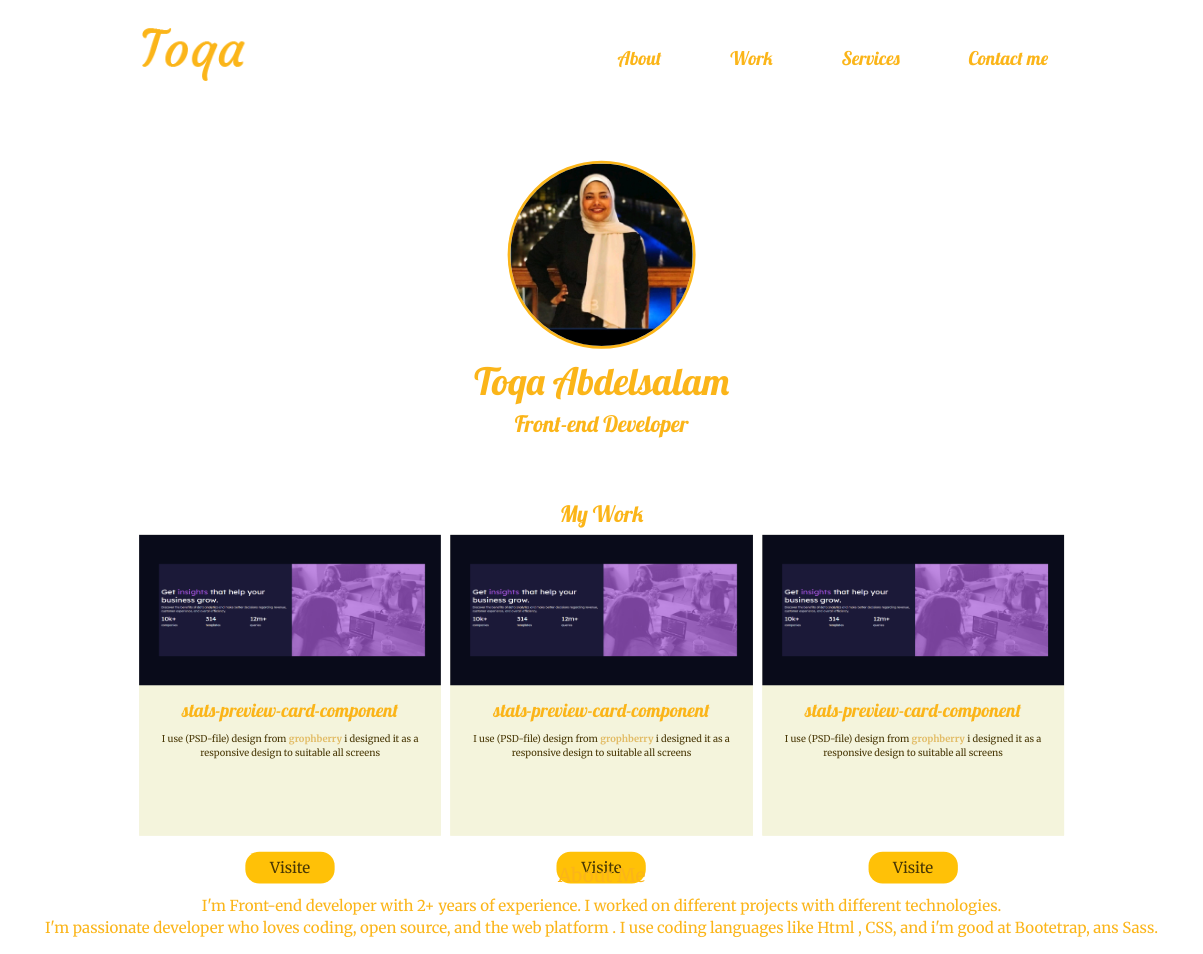
Repository: Toqa-25/portfolio
Page: index.html
These files come from the project's save history. The page is drawn as it stood at one moment and after a run of saves; the edit follows.
The browser window is 1280 px wide. The pictures show the whole page, at 94% of full size.
Some web fonts or font styles are not loaded; a fallback is used.

Above is the page before, as saved 2021-10-31 23:57:03.

After the next 2 saves:
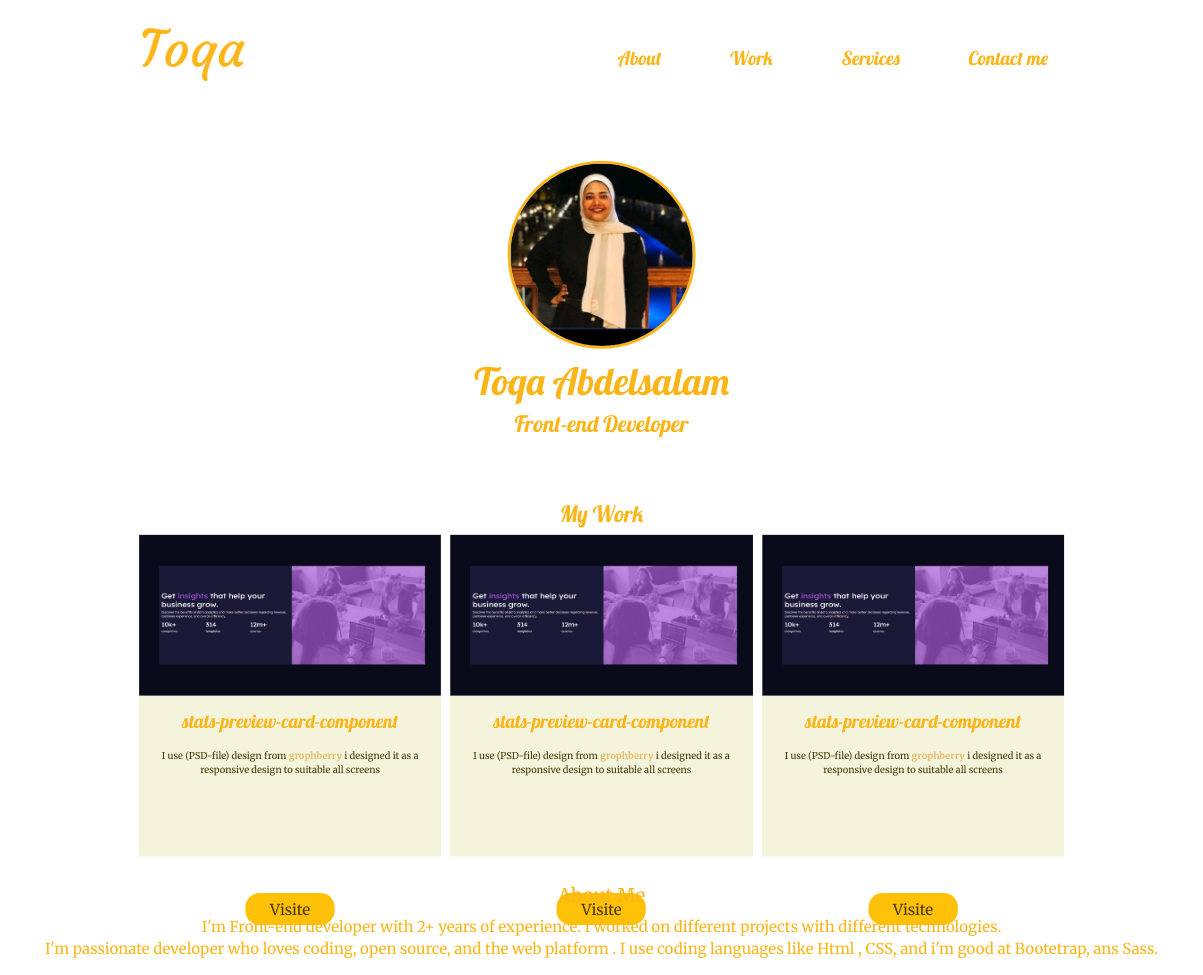
The 2 saves are shown as one change because they came seconds apart.
The last was saved 15 s later.
--- a/css/style.css
+++ b/css/style.css
@@ -196,8 +196,6 @@ body{
     margin:15px 0;
     font-size: 10px;
     padding: 2px;
-    margin: 0px;
-    margin-top: 0px;
     width: 100%;
     height: 100%;
     text-align: center;
